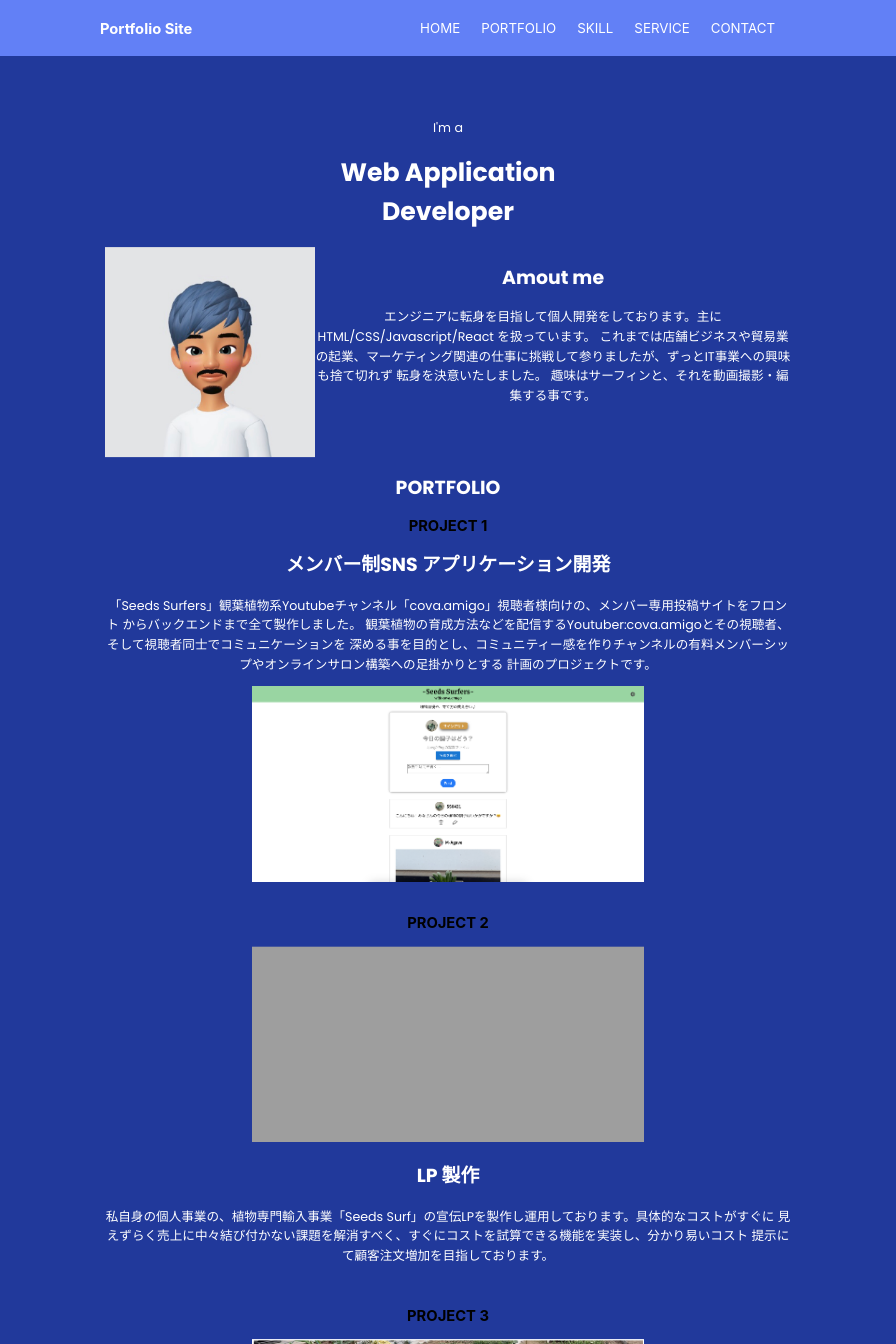
Repository: Seiya00002/my-portfolio-website2
Page: /
An editor plug-in stored every save of this project. The page is shown before and after the next save, followed by the edit.
The browser window is 1280 px wide. The pictures show the part of the page from y = 0 to 1920 px (the page is 3840 px tall before and 3834 px after), at 70% of full size.
Pictures or frames that could not be fetched are drawn as grey boxes. Some web fonts or font styles are not loaded; a fallback is used. The project was rebuilt for these pictures with package versions that can differ from the ones it lists, and the page was loaded fresh each time.

Above is the page before, as saved 2023-09-24 06:06:32.

After the next save:
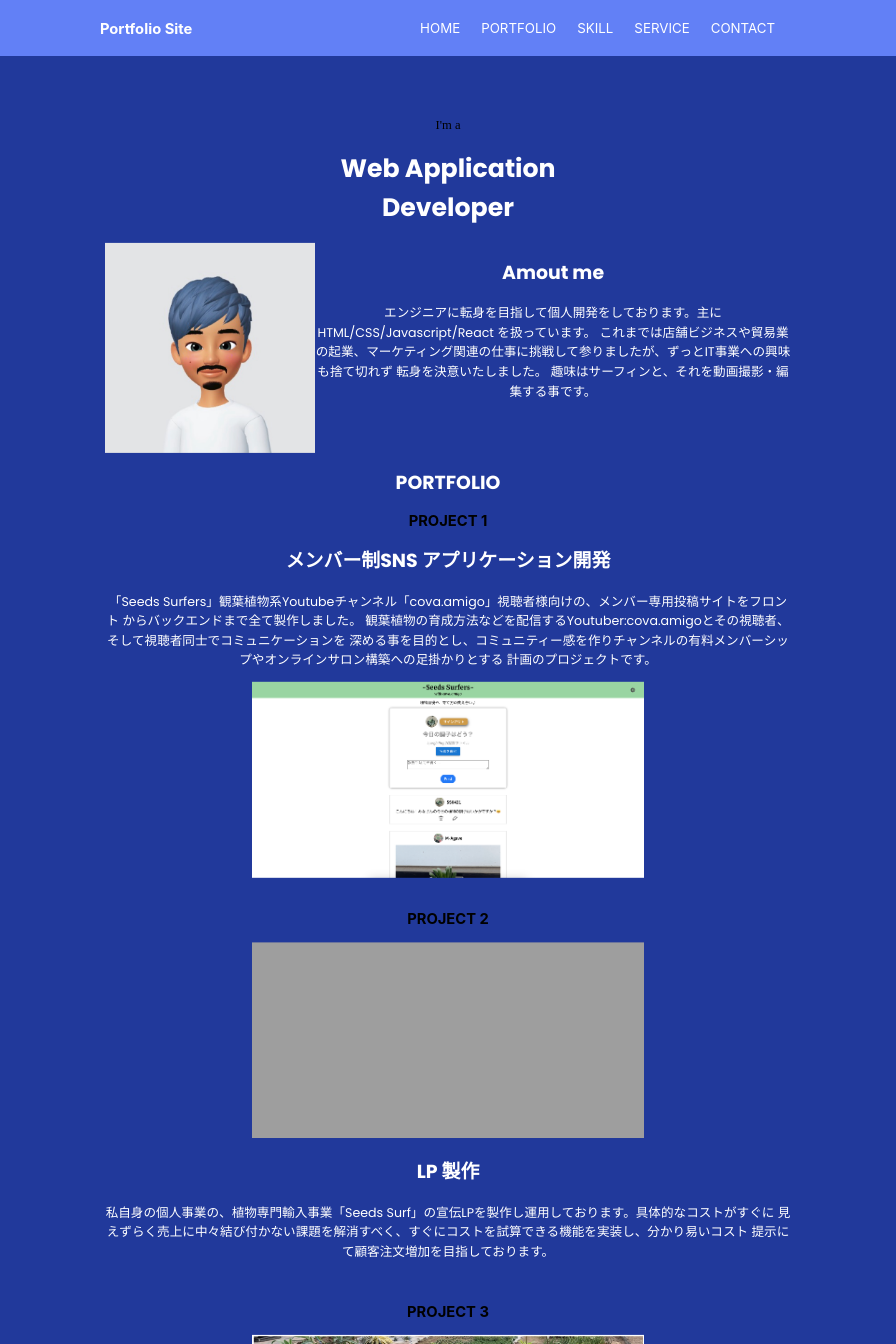
Saved 28 s later.
--- a/src/App.css
+++ b/src/App.css
@@ -9,7 +9,7 @@
   width: 100%;
 }
 
-.title p h1 {
+.title p, h1 {
   font-family: 'Dela Gothic One', cursive;
   color: black;
 }

After the save that followed:
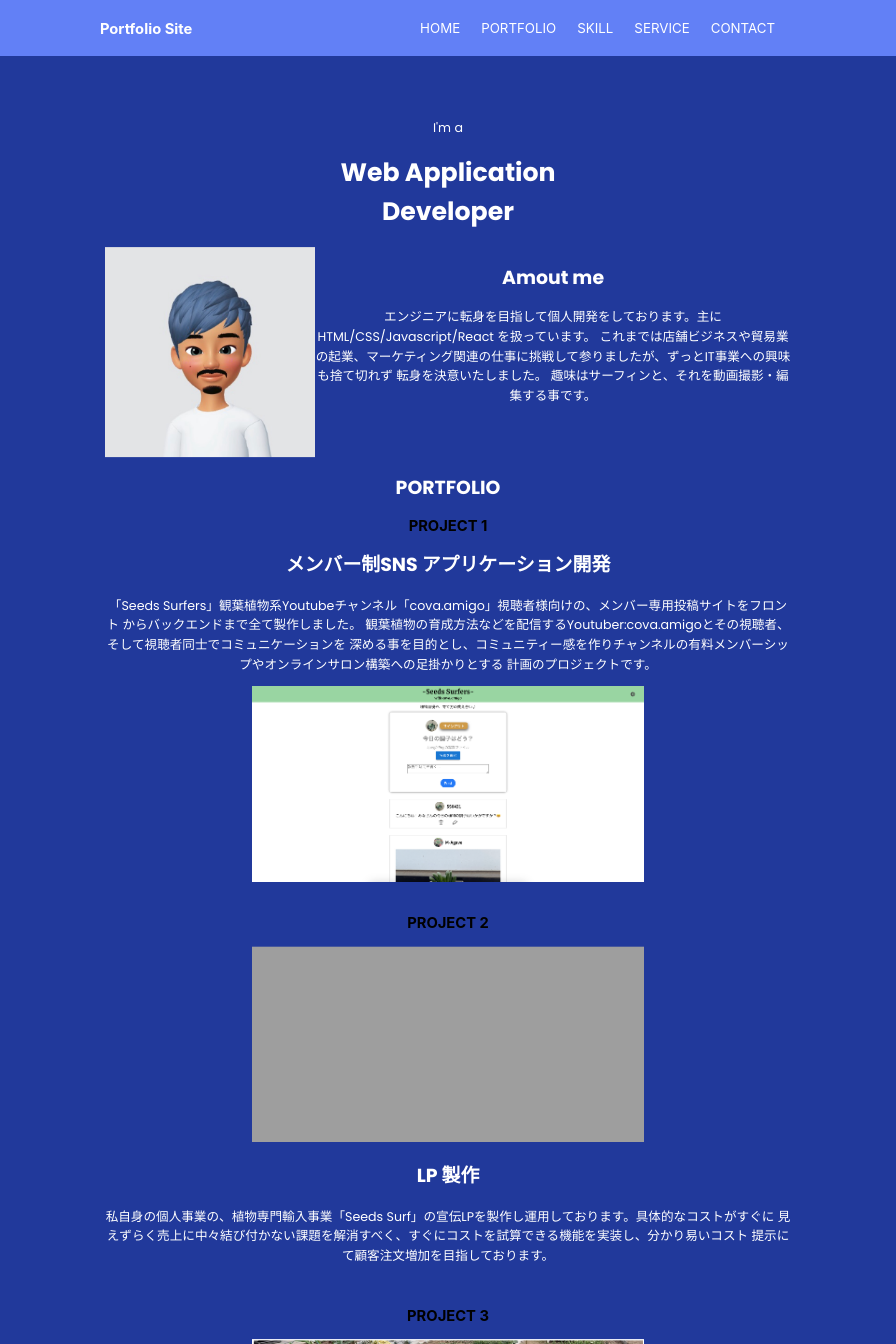
Saved 4 min 29 s later.
--- a/src/App.css
+++ b/src/App.css
@@ -9,7 +9,7 @@
   width: 100%;
 }
 
-.title p, h1 {
+.title {
   font-family: 'Dela Gothic One', cursive;
   color: black;
 }
